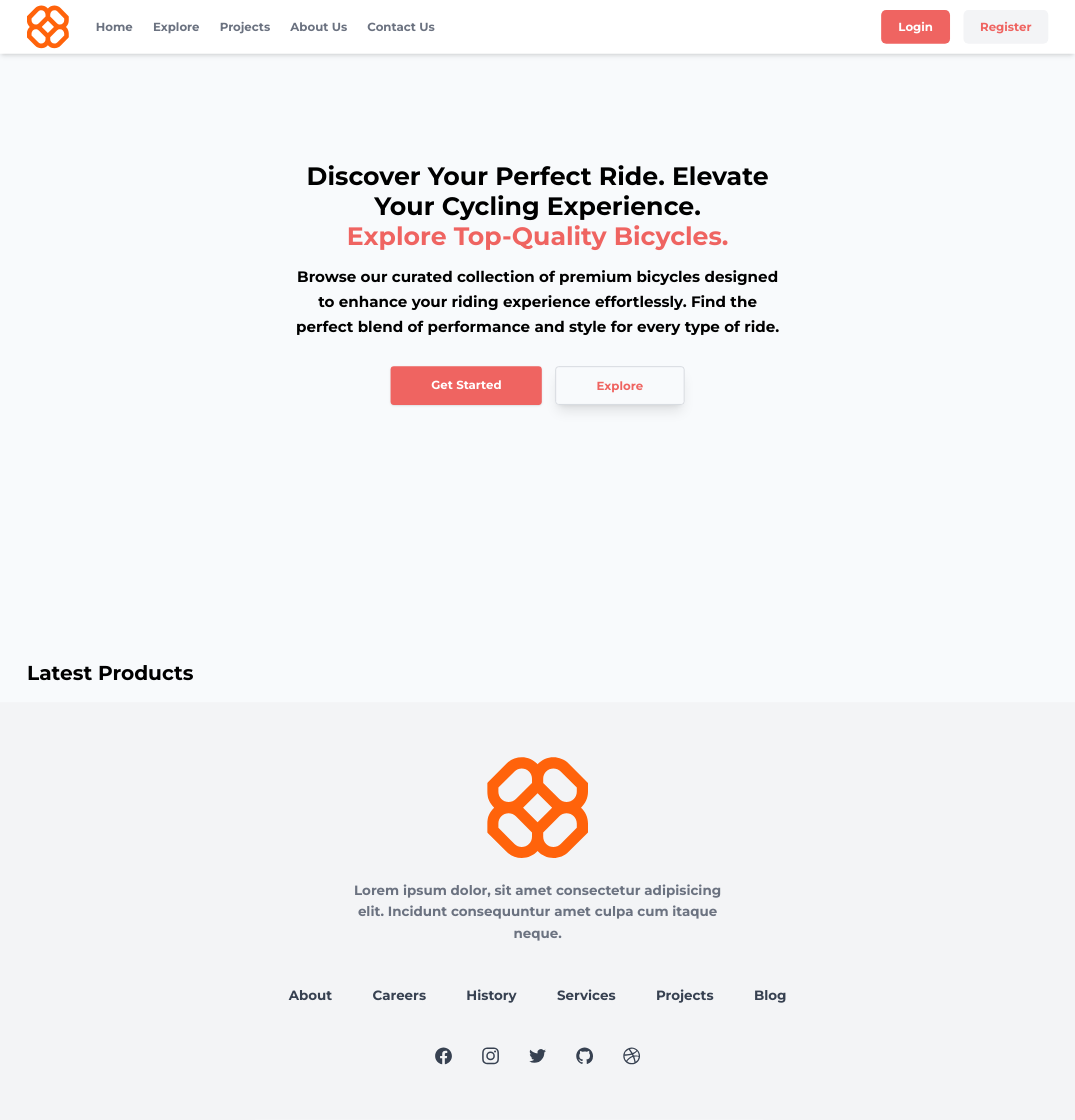
Repository: YahiaSala7/E-commerce-Project
Page: / (app in ecommerce/)
An editor plug-in stored every save of this project. The page is shown before and after the next save, followed by the edit.
The browser window is 1280 px wide. The pictures show the whole page, at 84% of full size.
The page's requests for data from a server got no answer. The project was rebuilt for these pictures with package versions that can differ from the ones it lists, and the page was loaded fresh each time. Some packages were replaced by stand-ins written for this rebuild. The framework's server and built-in components were replaced by stand-ins that run in the browser. No one was signed in, and anything a server would have sent is missing. Also part of the build but not shown: ecommerce/next.config.mjs, ecommerce/app/_Components/Cart.jsx, ecommerce/app/_Components/ProductItem.jsx.

Above is the page before, as saved 2024-07-30 21:04:39.

### ecommerce/app/layout.js
"use client";
import { Montserrat } from "next/font/google";
import "./globals.css";
import Header from "./_Components/Header";
import Footer from "./_Components/Footer";
import { ClerkProvider } from "@clerk/nextjs";
import { cartContext } from "./_context/cartContext";
import { useState } from "react";
const inter = Montserrat({ subsets: ["latin"], weight: "700" });

// export const metadata = {
//   title: "Create Next App",
//   description: "Generated by create next app",
// };

export default function RootLayout({ children }) {
  const [cart, setCart] = useState([]);
  return (
    <ClerkProvider>
      <cartContext.Provider value={{ cart, setCart }}>
        <html lang="en">
          <body className={inter.className}>
            <Header />
            {children}
            <Footer />
          </body>
        </html>
      </cartContext.Provider>
    </ClerkProvider>
  );
}

### ecommerce/app/page.js
import Image from "next/image";
import Hero from "./_Components/Hero";
import ProductsSection from "./_Components/ProductsSection";

export default function Home() {
  return (
    <div className="home">
      <Hero />
      <ProductsSection />
    </div>
  );
}

### ecommerce/app/globals.css
@tailwind base;
@tailwind components;
@tailwind utilities;

:root {
  /* --foreground-rgb: 0, 0, 0; */
  /* --background-start-rgb: 214, 219, 220;
  --background-end-rgb: 255, 255, 255; */

}

@media (prefers-color-scheme: dark) {
  :root {
    /* --foreground-rgb: 0, 0, 0; */
    /* --background-start-rgb: 0, 0, 0;
    --background-end-rgb: 0, 0, 0; */
  }
}

body {
  @apply bg-slate-50 scroll-smooth
  /* color: rgb(var(--foreground-rgb)); */
  /* background: linear-gradient(
      to bottom,
      transparent,
      rgb(var(--background-end-rgb))
    )
    rgb(var(--background-start-rgb)); */
}

@layer utilities {
  .text-balance {
    text-wrap: balance;
  }
}
.container{
  @apply mx-auto px-4 sm:px-6 lg:px-8
}

### ecommerce/app/_Components/Header.jsx
"use client";
import { UserButton, useUser } from "@clerk/nextjs";
import { ShoppingCart } from "lucide-react";
import React, { useContext, useEffect, useState } from "react";
import { cartContext } from "../_context/cartContext";
import cartApis from "../_utils/cartApis";
import Cart from "./Cart";
function Header() {
  const { user } = useUser();
  const [isCartOpen, setIsCartOpen] = useState(false);
  const { cart, setCart } = useContext(cartContext);
  useEffect(() => {
    user && getCartItems();
  }, [user]);
  const getCartItems = () => {
    cartApis
      .getUserCartItems(user.primaryEmailAddress.emailAddress)
      .then((res) => {
        console.log("response from cart items", res?.data?.data);
        res?.data?.data.forEach((citem) => {
          setCart((oldCart) => [
            ...oldCart,
            {
              id: citem.id,
              product: citem?.attributes?.products?.data[0],
            },
          ]);
        });
      });
  };
  return (
    <header className="bg-white shadow-md">
      <div className="container flex items-center h-16 max-w-screen-xl gap-8 px-4 mx-auto sm:px-6 lg:px-8">
        <img src="/logo.svg" width={"50px"} height={"50px"} />

        <div className="flex items-center justify-end flex-1 md:justify-between">
          <nav aria-label="Global" className="hidden md:block">
            <ul className="flex items-center gap-6 text-sm">
              <li>
                <a
                  className="text-gray-500 transition hover:text-gray-500/75"
                  href="/">
                  {" "}
                  Home{" "}
                </a>
              </li>

              <li>
                <a
                  className="text-gray-500 transition hover:text-gray-500/75"
                  href="#">
                  {" "}
                  Explore{" "}
                </a>
              </li>

              <li>
                <a
                  className="text-gray-500 transition hover:text-gray-500/75"
                  href="#">
                  {" "}
                  Projects{" "}
                </a>
              </li>

              <li>
                <a
                  className="text-gray-500 transition hover:text-gray-500/75"
                  href="#">
                  {" "}
                  About Us{" "}
                </a>
              </li>

              <li>
                <a
                  className="text-gray-500 transition hover:text-gray-500/75"
                  href="#">
                  {" "}
                  Contact Us{" "}
                </a>
              </li>
            </ul>
          </nav>

          {!user ? (
            <div className="flex items-center gap-4">
              <div className="sm:flex sm:gap-4">
                <a
                  className="block rounded-md bg-primary px-5 py-2.5 text-sm font-medium text-white transition hover:bg-secondary "
                  href="/sign-in">
                  Login
                </a>

                <a
                  className="hidden rounded-md bg-gray-100 px-5 py-2.5 text-sm font-medium text-primary transition hover:text-secondary sm:block"
                  href="/sign-up">
                  Register
                </a>
              </div>

              <button className="block rounded bg-gray-100 p-2.5 text-gray-600 transition hover:text-gray-600/75 md:hidden">
                <span className="sr-only">Toggle menu</span>
                <svg
                  xmlns="http://www.w3.org/2000/svg"
                  className="w-5 h-5"
                  fill="none"
                  viewBox="0 0 24 24"
                  stroke="currentColor"
                  strokeWidth="2">
                  <path
                    strokeLinecap="round"
                    strokeLinejoin="round"
                    d="M4 6h16M4 12h16M4 18h16"
                  />
                </svg>
              </button>
            </div>
          ) : (
            <div className="relative flex items-center gap-5">
              <h2 className="flex items-center gap-2">
                <ShoppingCart onClick={() => setIsCartOpen(!isCartOpen)} />(
                {cart?.length})
              </h2>
              <UserButton afterSwitchSessionUrl="/" />
              {isCartOpen ? <Cart /> : ""}
            </div>
          )}
        </div>
      </div>
    </header>
  );
}

export default Header;

### ecommerce/app/_Components/Footer.jsx
" use client";
import { useUser } from "@clerk/nextjs";
import Image from "next/image";
import React from "react";

function Footer() {
  const { user } = useUser();
  return (
    <footer className="bg-gray-100 ">
      <div className="max-w-5xl px-4 py-16 mx-auto sm:px-6 lg:px-8">
        <div className="flex justify-center text-teal-600">
          <Image src="/logo.svg" alt="logo" width={120} height={70} />
        </div>

        <p className="max-w-md mx-auto mt-6 leading-relaxed text-center text-gray-500">
          Lorem ipsum dolor, sit amet consectetur adipisicing elit. Incidunt
          consequuntur amet culpa cum itaque neque.
        </p>

        <ul className="flex flex-wrap justify-center gap-6 mt-12 md:gap-8 lg:gap-12">
          <li>
            <a
              className="text-gray-700 transition hover:text-gray-700/75"
              href="/">
              About
            </a>
          </li>

          <li>
            <a
              className="text-gray-700 transition hover:text-gray-700/75"
              href="/">
              Careers
            </a>
          </li>

          <li>
            <a
              className="text-gray-700 transition hover:text-gray-700/75"
              href="/">
              {" "}
              History{" "}
            </a>
          </li>

          <li>
            <a
              className="text-gray-700 transition hover:text-gray-700/75"
              href="/">
              {" "}
              Services{" "}
            </a>
          </li>

          <li>
            <a
              className="text-gray-700 transition hover:text-gray-700/75"
              href="/">
              {" "}
              Projects{" "}
            </a>
          </li>

          <li>
            <a
              className="text-gray-700 transition hover:text-gray-700/75"
              href="/">
              {" "}
              Blog{" "}
            </a>
          </li>
        </ul>

        <ul className="flex justify-center gap-6 mt-12 md:gap-8">
          <li>
            <a
              href="/"
              rel="noreferrer"
              target="_blank"
              className="text-gray-700 transition hover:text-gray-700/75">
              <span className="sr-only">Facebook</span>
              <svg
                className="w-6 h-6"
                fill="currentColor"
                viewBox="0 0 24 24"
                aria-hidden="true">
                <path
                  fillRule="evenodd"
                  d="M22 12c0-5.523-4.477-10-10-10S2 6.477 2 12c0 4.991 3.657 9.128 8.438 9.878v-6.987h-2.54V12h2.54V9.797c0-2.506 1.492-3.89 3.777-3.89 1.094 0 2.238.195 2.238.195v2.46h-1.26c-1.243 0-1.63.771-1.63 1.562V12h2.773l-.443 2.89h-2.33v6.988C18.343 21.128 22 16.991 22 12z"
                  clipRule="evenodd"
                />
              </svg>
            </a>
          </li>

          <li>
            <a
              href="/"
              rel="noreferrer"
              target="_blank"
              className="text-gray-700 transition hover:text-gray-700/75">
              <span className="sr-only">Instagram</span>
              <svg
                className="w-6 h-6"
                fill="currentColor"
                viewBox="0 0 24 24"
                aria-hidden="true">
                <path
                  fillRule="evenodd"
                  d="M12.315 2c2.43 0 2.784.013 3.808.06 1.064.049 1.791.218 2.427.465a4.902 4.902 0 011.772 1.153 4.902 4.902 0 011.153 1.772c.247.636.416 1.363.465 2.427.048 1.067.06 1.407.06 4.123v.08c0 2.643-.012 2.987-.06 4.043-.049 1.064-.218 1.791-.465 2.427a4.902 4.902 0 01-1.153 1.772 4.902 4.902 0 01-1.772 1.153c-.636.247-1.363.416-2.427.465-1.067.048-1.407.06-4.123.06h-.08c-2.643 0-2.987-.012-4.043-.06-1.064-.049-1.791-.218-2.427-.465a4.902 4.902 0 01-1.772-1.153 4.902 4.902 0 01-1.153-1.772c-.247-.636-.416-1.363-.465-2.427-.047-1.024-.06-1.379-.06-3.808v-.63c0-2.43.013-2.784.06-3.808.049-1.064.218-1.791.465-2.427a4.902 4.902 0 011.153-1.772A4.902 4.902 0 015.45 2.525c.636-.247 1.363-.416 2.427-.465C8.901 2.013 9.256 2 11.685 2h.63zm-.081 1.802h-.468c-2.456 0-2.784.011-3.807.058-.975.045-1.504.207-1.857.344-.467.182-.8.398-1.15.748-.35.35-.566.683-.748 1.15-.137.353-.3.882-.344 1.857-.047 1.023-.058 1.351-.058 3.807v.468c0 2.456.011 2.784.058 3.807.045.975.207 1.504.344 1.857.182.466.399.8.748 1.15.35.35.683.566 1.15.748.353.137.882.3 1.857.344 1.054.048 1.37.058 4.041.058h.08c2.597 0 2.917-.01 3.96-.058.976-.045 1.505-.207 1.858-.344.466-.182.8-.398 1.15-.748.35-.35.566-.683.748-1.15.137-.353.3-.882.344-1.857.048-1.055.058-1.37.058-4.041v-.08c0-2.597-.01-2.917-.058-3.96-.045-.976-.207-1.505-.344-1.858a3.097 3.097 0 00-.748-1.15 3.098 3.098 0 00-1.15-.748c-.353-.137-.882-.3-1.857-.344-1.023-.047-1.351-.058-3.807-.058zM12 6.865a5.135 5.135 0 110 10.27 5.135 5.135 0 010-10.27zm0 1.802a3.333 3.333 0 100 6.666 3.333 3.333 0 000-6.666zm5.338-3.205a1.2 1.2 0 110 2.4 1.2 1.2 0 010-2.4z"
                  clipRule="evenodd"
                />
              </svg>
            </a>
          </li>

          <li>
            <a
              href="/"
              rel="noreferrer"
              target="_blank"
              className="text-gray-700 transition hover:text-gray-700/75">
              <span className="sr-only">Twitter</span>
              <svg
                className="w-6 h-6"
                fill="currentColor"
                viewBox="0 0 24 24"
                aria-hidden="true">
                <path d="M8.29 20.251c7.547 0 11.675-6.253 11.675-11.675 0-.178 0-.355-.012-.53A8.348 8.348 0 0022 5.92a8.19 8.19 0 01-2.357.646 4.118 4.118 0 001.804-2.27 8.224 8.224 0 01-2.605.996 4.107 4.107 0 00-6.993 3.743 11.65 11.65 0 01-8.457-4.287 4.106 4.106 0 001.27 5.477A4.072 4.072 0 012.8 9.713v.052a4.105 4.105 0 003.292 4.022 4.095 4.095 0 01-1.853.07 4.108 4.108 0 003.834 2.85A8.233 8.233 0 012 18.407a11.616 11.616 0 006.29 1.84" />
              </svg>
            </a>
          </li>

          <li>
            <a
              href="/"
              rel="noreferrer"
              target="_blank"
              className="text-gray-700 transition hover:text-gray-700/75">
              <span className="sr-only">GitHub</span>
              <svg
                className="w-6 h-6"
                fill="currentColor"
                viewBox="0 0 24 24"
                aria-hidden="true">
                <path
                  fillRule="evenodd"
                  d="M12 2C6.477 2 2 6.484 2 12.017c0 4.425 2.865 8.18 6.839 9.504.5.092.682-.217.682-.483 0-.237-.008-.868-.013-1.703-2.782.605-3.369-1.343-3.369-1.343-.454-1.158-1.11-1.466-1.11-1.466-.908-.62.069-.608.069-.608 1.003.07 1.531 1.032 1.531 1.032.892 1.53 2.341 1.088 2.91.832.092-.647.35-1.088.636-1.338-2.22-.253-4.555-1.113-4.555-4.951 0-1.093.39-1.988 1.029-2.688-.103-.253-.446-1.272.098-2.65 0 0 .84-.27 2.75 1.026A9.564 9.564 0 0112 6.844c.85.004 1.705.115 2.504.337 1.909-1.296 2.747-1.027 2.747-1.027.546 1.379.202 2.398.1 2.651.64.7 1.028 1.595 1.028 2.688 0 3.848-2.339 4.695-4.566 4.943.359.309.678.92.678 1.855 0 1.338-.012 2.419-.012 2.747 0 .268.18.58.688.482A10.019 10.019 0 0022 12.017C22 6.484 17.522 2 12 2z"
                  clipRule="evenodd"
                />
              </svg>
            </a>
          </li>

          <li>
            <a
              href="/"
              rel="noreferrer"
              target="_blank"
              className="text-gray-700 transition hover:text-gray-700/75">
              <span className="sr-only">Dribbble</span>
              <svg
                className="w-6 h-6"
                fill="currentColor"
                viewBox="0 0 24 24"
                aria-hidden="true">
                <path
                  fillRule="evenodd"
                  d="M12 2C6.48 2 2 6.48 2 12s4.48 10 10 10c5.51 0 10-4.48 10-10S17.51 2 12 2zm6.605 4.61a8.502 8.502 0 011.93 5.314c-.281-.054-3.101-.629-5.943-.271-.065-.141-.12-.293-.184-.445a25.416 25.416 0 00-.564-1.236c3.145-1.28 4.577-3.124 4.761-3.362zM12 3.475c2.17 0 4.154.813 5.662 2.148-.152.216-1.443 1.941-4.48 3.08-1.399-2.57-2.95-4.675-3.189-5A8.687 8.687 0 0112 3.475zm-3.633.803a53.896 53.896 0 013.167 4.935c-3.992 1.063-7.517 1.04-7.896 1.04a8.581 8.581 0 014.729-5.975zM3.453 12.01v-.26c.37.01 4.512.065 8.775-1.215.25.477.477.965.694 1.453-.109.033-.228.065-.336.098-4.404 1.42-6.747 5.303-6.942 5.629a8.522 8.522 0 01-2.19-5.705zM12 20.547a8.482 8.482 0 01-5.239-1.8c.152-.315 1.888-3.656 6.703-5.337.022-.01.033-.01.054-.022a35.318 35.318 0 011.823 6.475 8.4 8.4 0 01-3.341.684zm4.761-1.465c-.086-.52-.542-3.015-1.659-6.084 2.679-.423 5.022.271 5.314.369a8.468 8.468 0 01-3.655 5.715z"
                  clipRule="evenodd"
                />
              </svg>
            </a>
          </li>
        </ul>
      </div>
    </footer>
  );
}

export default Footer;

### ecommerce/app/_context/cartContext.js
import { createContext } from "react";

export const cartContext = createContext(null);

### ecommerce/app/_Components/Hero.jsx
"use client";
import { useUser } from "@clerk/nextjs";
import React from "react";

function Hero() {
  const handlescroll = () => {
    window.scrollBy({
      top: 700,
      behavior: "smooth",
    });
  };
  const { user } = useUser();
  return (
    <section className="">
      <div className="max-w-screen-xl px-4 py-32 mx-auto lg:flex lg:h-screen">
        <div className="max-w-xl mx-auto text-center">
          <h1 className="text-2xl font-extrabold sm:text-3xl ">
            Discover Your Perfect Ride. Elevate Your Cycling Experience.
            <strong className="font-extrabold text-primary sm:block">
              {" "}
              Explore Top-Quality Bicycles.{" "}
            </strong>
          </h1>

          <p className="mt-4 sm:text-[18px]/relaxed">
            Browse our curated collection of premium bicycles designed to
            enhance your riding experience effortlessly. Find the perfect blend
            of performance and style for every type of ride.
          </p>

          <div className="flex flex-wrap justify-center gap-4 mt-8">
            {!user && (
              <a
                className="block w-full px-12 py-3 text-sm font-medium text-white rounded shadow bg-primary hover:bg-secondary focus:outline-none focus:ring active:bg-red-500 sm:w-auto scroll-smooth"
                href="/sign-up">
                Get Started
              </a>
            )}
            <button
              className="block w-full px-12 py-3 text-sm font-medium border border-gray-300 rounded shadow-lg text-primary hover:text-secondary focus:outline-none focus:ring active:text-red-500 sm:w-auto"
              onClick={() => handlescroll()}>
              Explore
            </button>
          </div>
        </div>
      </div>
    </section>
  );
}

export default Hero;

### ecommerce/app/_Components/ProductsSection.jsx
import React from "react";
import LatestProducts from "./LatestProducts";
import { ArrowRight } from "lucide-react";

function ProductsSection() {
  return (
    <>
      <div className="flex items-center justify-between px-4 pb-4 mx-auto latest-products sm:px-6 lg:px-8">
        <h2 className="text-[14px] sm:text-[20px] md:text-[24px] xs:text-[18px]">
          Latest Products
        </h2>
        {/* <h4 className="text-primary flex  items-center text-[14px] sm:text-[20px] md:text-[24px] xs:text-[18px]">
          View all collection{" "}
          <ArrowRight className="w-4 h-4 text-primary mt-[1px]" />{" "}
        </h4> */}
      </div>
      <LatestProducts />
    </>
  );
}

export default ProductsSection;

### ecommerce/app/_utils/cartApis.js
const { default: dataFetching } = require("./dataFetching");

const addToCart = (payload) => dataFetching.post("/carts", payload);
const getUserCartItems = (email) =>
  dataFetching.get(
    `carts?populate[products][populate]=image&filters[email][$eq]=${email}`
  );
const deleteCartItem = (id) => dataFetching.delete(`/carts/${id}`);

export default { addToCart, getUserCartItems, deleteCartItem };

### ecommerce/app/_Components/LatestProducts.jsx
"use client";
import React, { useEffect, useState } from "react";
import ProdcutApis from "../_utils/ProdcutApis";
import ProductItem from "./ProductItem";

function LatestProducts() {
  const [latestProducts, setLatestProducts] = useState([]);
  useEffect(() => {
    getLatestProducts_();
  }, []);
  const getLatestProducts_ = () => {
    ProdcutApis.getLatestProducts().then((res) => {
      setLatestProducts(res.data.data);
    });
  };

  return (
    <div className="grid grid-cols-2 gap-3 px-4 mx-auto sm:grid-col-3 md:grid-cols-4 sm:px-6 lg:px-8">
      {latestProducts?.map((product) => (
        <ProductItem key={product.id} product={product} />
      ))}
    </div>
  );
}

export default LatestProducts;

### ecommerce/app/_utils/dataFetching.js
const { default: axios } = require("axios");

const apiKey = process.env.NEXT_PUBLIC_REST_API_KEY;
const baseUrl = "http://localhost:1337/api";

const dataFetching = axios.create({
  baseURL: baseUrl,
  headers: {
    Authorization: `Bearer ${apiKey}`,
  },
});

export default dataFetching;

### ecommerce/app/_utils/ProdcutApis.js
const { default: dataFetching } = require("./dataFetching");

const getLatestProducts = () => dataFetching.get("/products?populate=*");
const getProductById = (id) => dataFetching.get(`/products/${id}?populate=*`);
const getProductByCategory = (category) =>
  dataFetching.get(`/products?filters[category][$eq]=${category}&populate=*`);
export default {
  getLatestProducts,
  getProductById,
  getProductByCategory,
};

### ecommerce/tailwind.config.js
/** @type {import('tailwindcss').Config} */
module.exports = {
  content: [
    "./pages/**/*.{js,ts,jsx,tsx,mdx}",
    "./components/**/*.{js,ts,jsx,tsx,mdx}",
    "./app/**/*.{js,ts,jsx,tsx,mdx}",
  ],
  theme: {
    extend: {
      backgroundImage: {
        "gradient-radial": "radial-gradient(var(--tw-gradient-stops))",
        "gradient-conic":
          "conic-gradient(from 180deg at 50% 50%, var(--tw-gradient-stops))",
      },
      colors: {
        primary: "#EF6461",
        secondary: " #B83D3A",
      },
      screens: {
        xs: "480px", // Custom breakpoint for extra small devices
        "3xl": "1600px", // Custom breakpoint for very large screens
      },
    },
  },
  plugins: [],
};

After the next save:
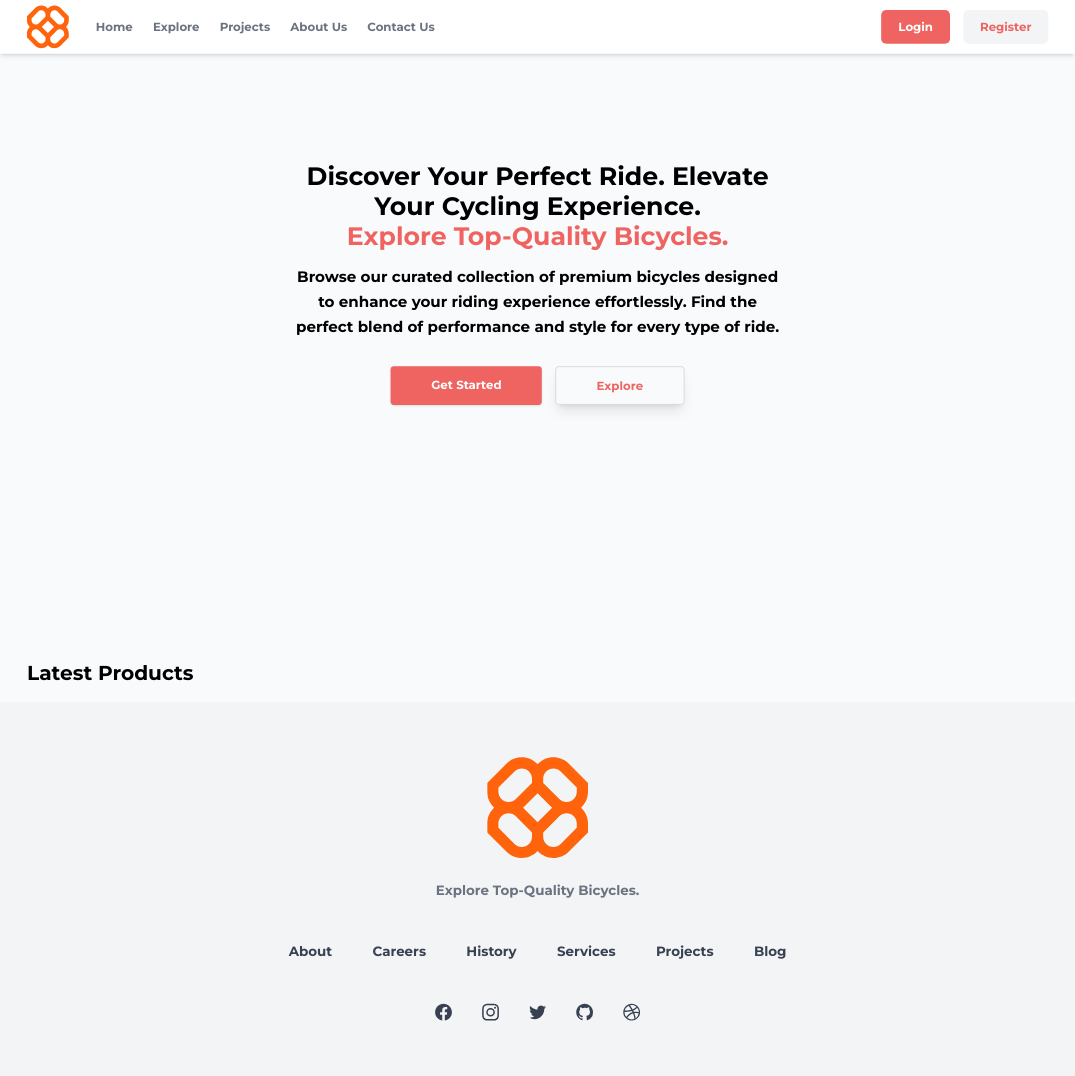
Saved 80 s later.
--- a/ecommerce/app/_Components/Footer.jsx
+++ b/ecommerce/app/_Components/Footer.jsx
@@ -13,8 +13,7 @@ function Footer() {
         </div>
 
         <p className="max-w-md mx-auto mt-6 leading-relaxed text-center text-gray-500">
-          Lorem ipsum dolor, sit amet consectetur adipisicing elit. Incidunt
-          consequuntur amet culpa cum itaque neque.
+          Explore Top-Quality Bicycles.
         </p>
 
         <ul className="flex flex-wrap justify-center gap-6 mt-12 md:gap-8 lg:gap-12">
